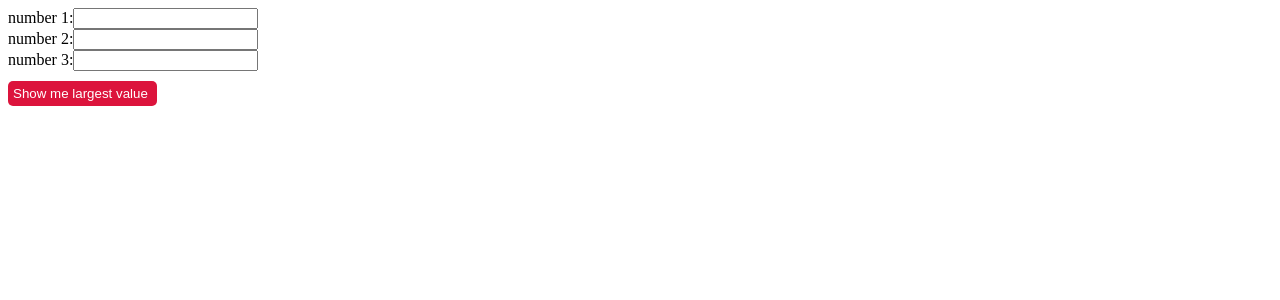
Repository: pkc189/Techment
Page: Advance Java Server Side/HelloWorld/WebContent/Largest.html
These files come from the project's save history. The page is drawn as it stood at one moment and after the next save; the edit follows.
The browser window is 1280 px wide. The pictures show the whole page.

Above is the page before, as saved 2021-08-20 08:25:04.

After the next save:
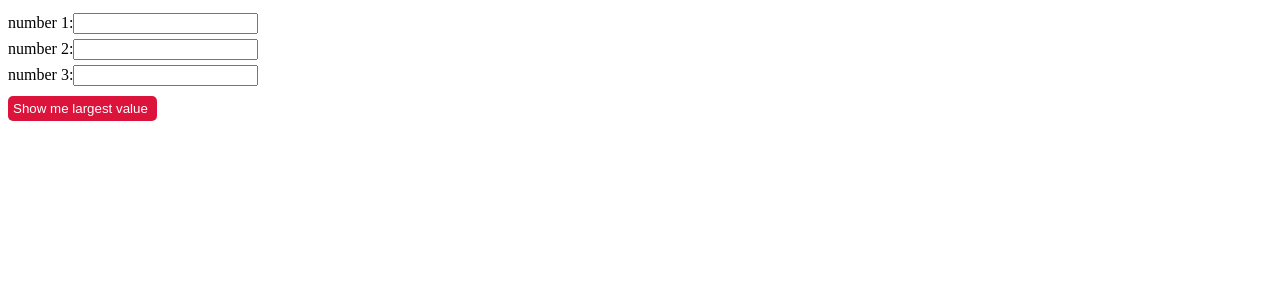
Saved 31 s later.
--- a/Advance Java Server Side/HelloWorld/WebContent/Largest.html
+++ b/Advance Java Server Side/HelloWorld/WebContent/Largest.html
@@ -12,13 +12,14 @@ border-radius:5px;
 color:white;
 padding:5px;
 margin-top:10px;
+}
+input{
+margin-top:5px;
 
-input{
-margin-top:5px
 }
 
 
-}
+
 
 </style>
 </head>
